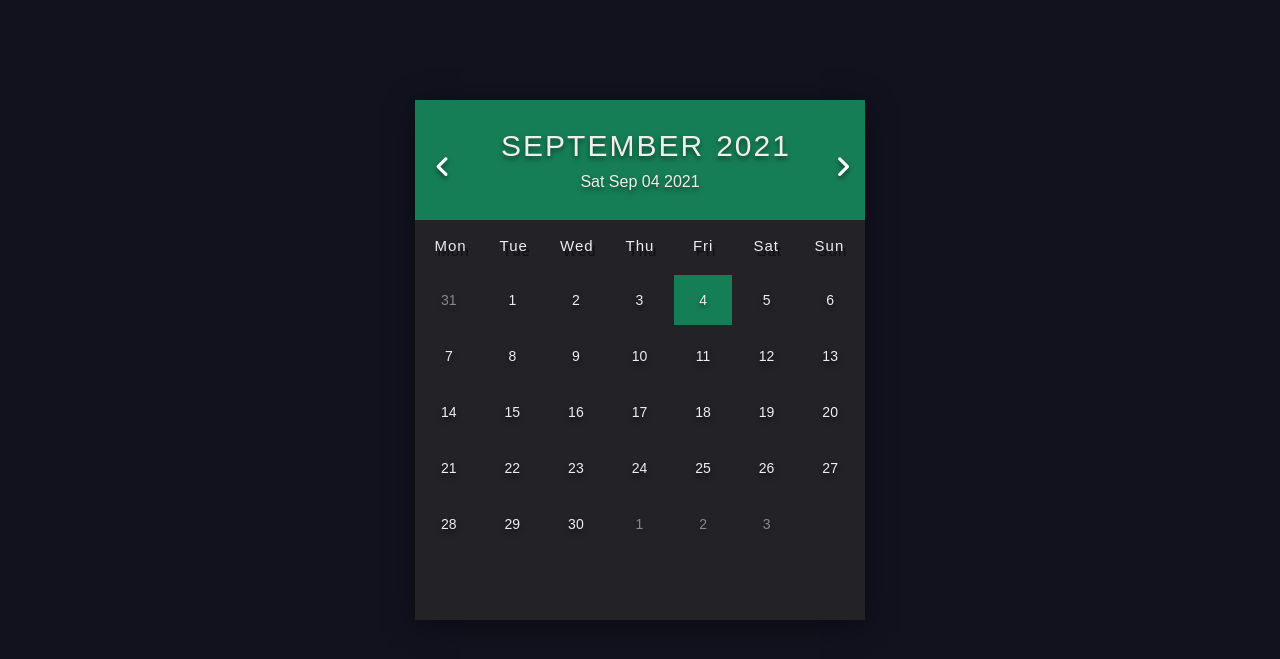
Repository: dboinska/calendar
Page: index.html
An editor plug-in stored every save of this project. The page is shown before and after the next save, followed by the edit.
The browser window is 1280 px wide. The pictures show the whole page.
Some web libraries are served in a nearby version.

Above is the page before, as saved 2021-09-08 00:26:30.

After the next save:
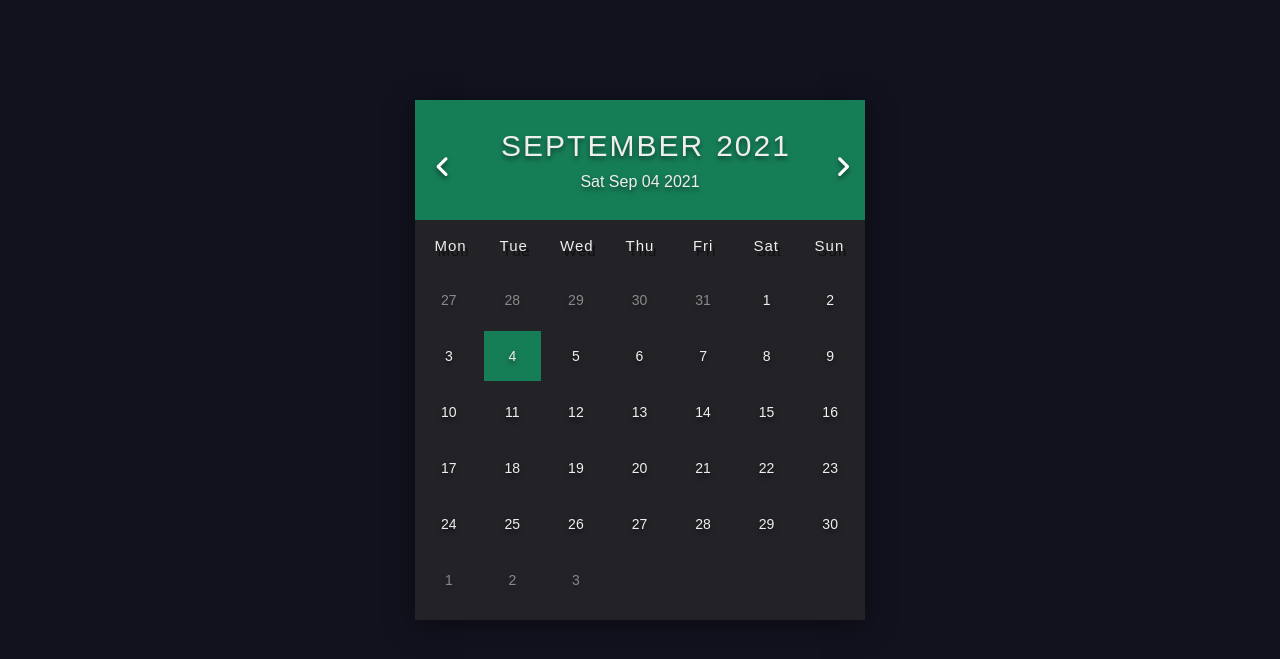
Saved 44 s later.
--- a/script.js
+++ b/script.js
@@ -13,8 +13,8 @@ const renderCalendar = () => {
     date.getMonth(),
     0
   ).getDate();
-  const lastDayIndex = date.getDay();
-  const firstDayIndex = new Date(
+  const firstDayIndex = date.getDay();
+  const lastDayIndex = new Date(
     date.getFullYear(),
     date.getMonth(),
     0
